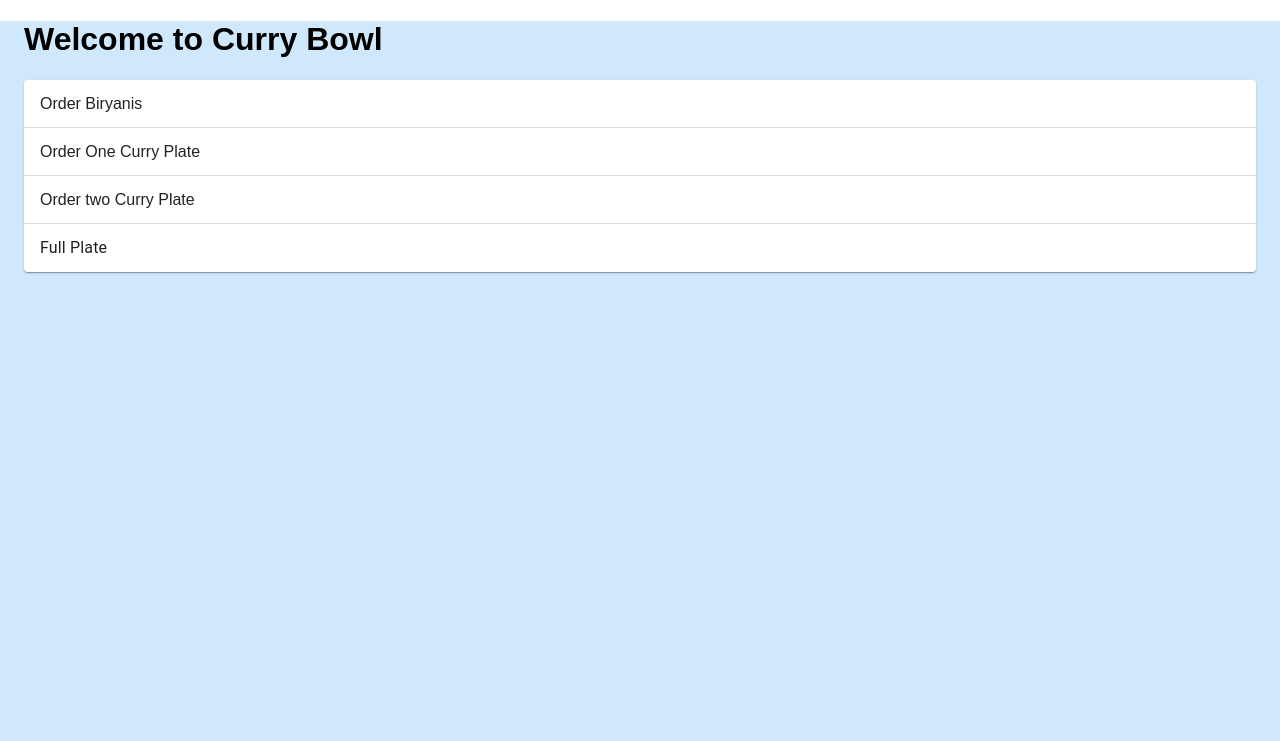
Repository: appikonda/food-order
Page: /
These files come from the project's save history. The page is drawn as it stood at one moment and after the next save; the edit follows.
The browser window is 1280 px wide. The pictures show the whole page.
The project was rebuilt for these pictures with package versions that can differ from the ones it lists, and the page was loaded fresh each time. Also part of the build but not shown: webpack.config.js, src/App.css.

Above is the page before, as saved 2019-08-15 15:37:44.

After the next save:
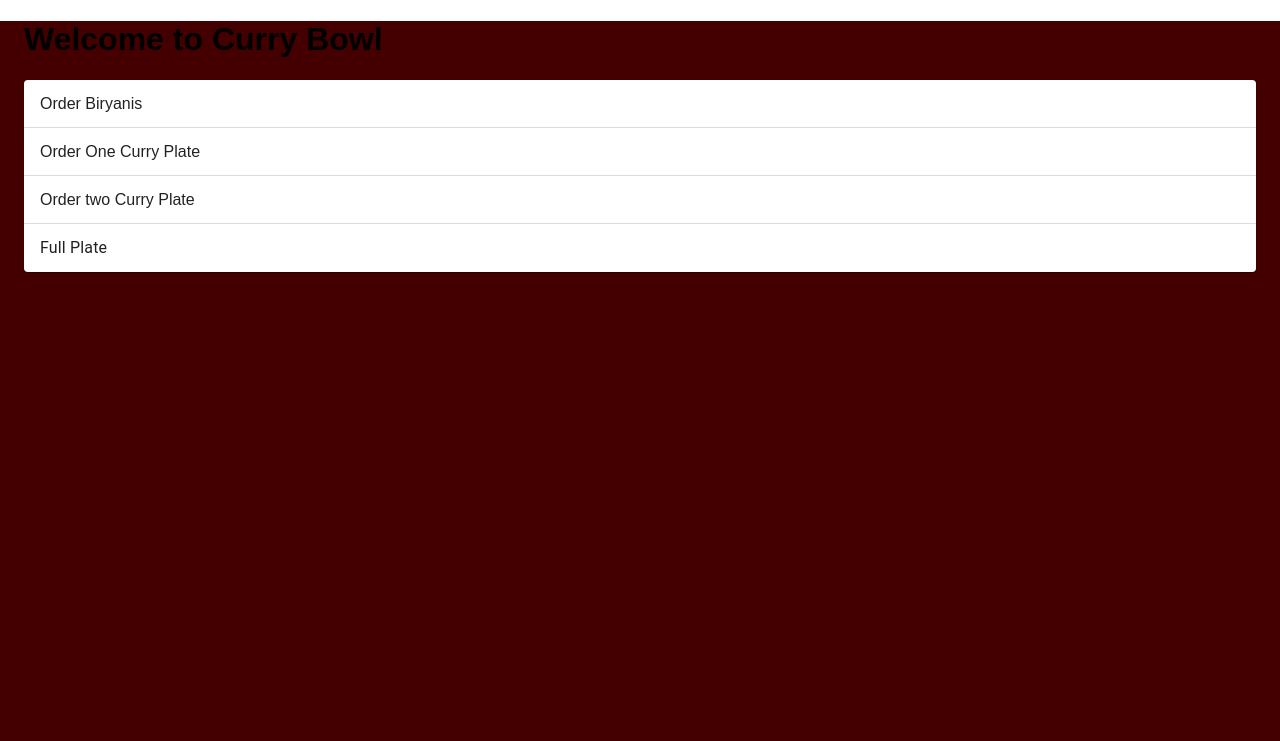
Saved 13 min 47 s later.
--- a/src/OrderFood.jsx
+++ b/src/OrderFood.jsx
@@ -13,7 +13,7 @@ class OrderFood extends Component {
   render() {
     return (
       <div>
-      <Container  fixed style={{ backgroundColor: '#cfe8fc', height: '100vh' }}>
+      <Container  fixed style={{ backgroundColor: '#400', height: '100vh' }}>
       <h1>Welcome to Curry Bowl</h1>
       {this.renderOptions()}
       </Container>
